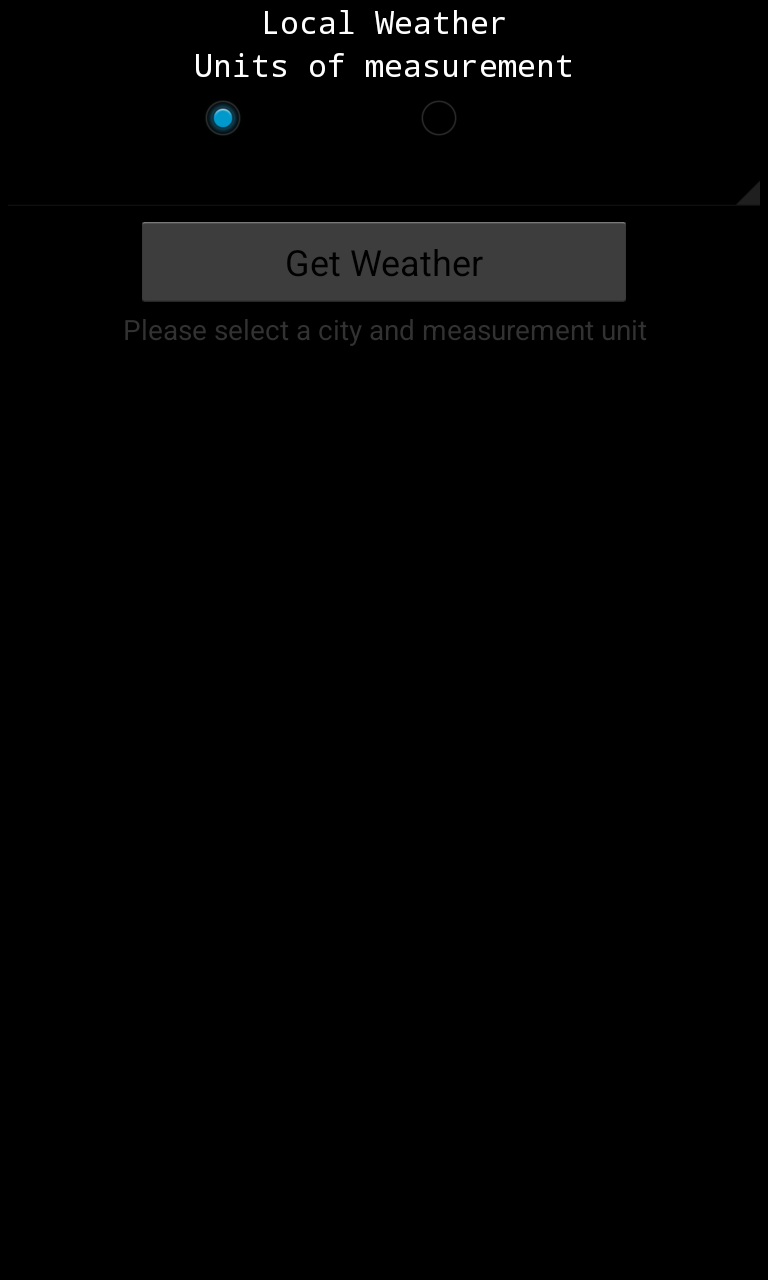
Repository: efreestone/Java1
Layout: Java1Project4/res/layout/activity_main.xml
These files come from the project's save history. The layout is drawn as it stood at one moment and after the next save; the edit follows.
It is drawn on a 768 x 1280 px phone screen (xhdpi) without system bars, with theme AppTheme; the app's code is not run.

Above is the layout before, as saved 2014-03-26 03:54:23.

### Java1Project4/res/layout/activity_main.xml
<?xml version="1.0" encoding="utf-8"?>
<LinearLayout xmlns:android="http://schemas.android.com/apk/res/android"
    android:id="@+id/parentView"
    android:layout_width="match_parent"
    android:layout_height="match_parent"
    android:orientation="vertical"
    style="@style/backgroundStyle">

    <!-- Top Linear Layout with controls -->
    <!-- <LinearLayout
        android:layout_width="match_parent"
        android:layout_height="wrap_content"
        android:orientation="horizontal"> -->

        <!-- Title -->
        <TextView
            android:layout_width="match_parent"
            android:layout_height="wrap_content"
            android:gravity="center"
            android:text="@string/titleString"
            style="@style/labelStyle"/>

        <!-- City Spinner -->
        <Spinner
            android:id="@+id/citySpinner"
            android:layout_width="match_parent"
            android:layout_height="wrap_content"
            style="@style/spinnerBackground"/>

        <!-- Measurement Title -->
        <TextView
            android:layout_width="match_parent"
            android:layout_height="wrap_content"
            android:gravity="center"
            android:text="@string/measureTitleString"
            style="@style/labelStyle"/>

        <!-- Measurement Radio Buttons -->
        <RadioGroup
            android:id="@+id/tempUnitRadioGroup"
            android:layout_width="wrap_content"
            android:layout_height="wrap_content"
            android:layout_gravity="center"
            android:orientation="horizontal" >

            <RadioButton
                android:id="@+id/fahrenheitRadio"
                android:layout_width="match_parent"
                android:layout_height="wrap_content"
                android:text="@string/fahrenheitString"
                android:checked="true"/>

            <RadioButton
                android:id="@+id/celsiusRadio"
                android:layout_width="match_parent"
                android:layout_height="wrap_content"
                android:text="@string/celsiusString"/>
        </RadioGroup>

        <!-- Current Spinner -->
        <Spinner
            android:id="@+id/currentSpinner"
            android:layout_width="match_parent"
            android:layout_height="wrap_content"
            android:dropDownVerticalOffset="-45dp"
            android:popupBackground="@android:color/darker_gray"/>

        <!-- Get Weather Button -->
        <Button
            android:id="@+id/weatherButton"
            android:layout_width="wrap_content"
            android:layout_height="wrap_content"
            android:layout_gravity="center"
            android:width="250dp"
            android:text="@string/weatherButtonString"/>

	<!-- </LinearLayout> -->

	<!-- Bottom Gridlayout for temp display -->
	<GridLayout
	    android:id="@+id/tempGrid"
	    android:layout_width="match_parent"
	    android:layout_height="wrap_content"
	    android:columnCount="2">

        <!-- Display Temp -->
        <TextView
            android:id="@+id/displayTempView"
            android:layout_width="match_parent"
            android:layout_height="wrap_content"
            android:gravity="center"
            android:text="@string/displayTempString"/>

       <TextView
           android:id="@+id/dayOne"
           android:layout_width="match_parent"
           android:layout_height="wrap_content"/>

       <TextView
           android:id="@+id/tempOne"
           android:layout_width="match_parent"
           android:layout_height="wrap_content"/>

	</GridLayout>

</LinearLayout>

### Java1Project4/res/values-v14/styles.xml
<resources xmlns:android="http://schemas.android.com/apk/res/android">

    <!--
        Base application theme for API 14+. This theme completely replaces
        AppBaseTheme from BOTH res/values/styles.xml and
        res/values-v11/styles.xml on API 14+ devices.
    -->
    <style name="AppBaseTheme" parent="android:Theme.Holo.Light.DarkActionBar"/>

        <!-- Labels -->
        <style name="labelStyle">
            <item name="android:textStyle">normal</item>
            <item name="android:textColor">#ffffff</item>
            <item name="android:textSize">16sp</item>
            <item name="android:typeface">monospace</item>
        </style>

        <style name="backgroundStyle">
            <item name="android:background">@android:color/background_dark</item>
        </style>

        <style name="spinnerBackground">
            <item name="android:background">@android:color/background_light</item>
        </style>


</resources>

### Java1Project4/res/values/strings.xml
<?xml version="1.0" encoding="utf-8"?>
<resources>

    <string name="app_name">Java1Project4</string>
    <string name="action_settings">Settings</string>
    <string name="hello_world">Hello world!</string>

    <!-- Title and button strings -->
    <string name="titleString">Local Weather</string>
    <string name="measureTitleString">Units of measurement</string>
    <string name="weatherButtonString">Get Weather</string>
    <string name="displayTempString">Please select a city and measurement unit</string>

    <!-- Connection Alert strings -->
    <string name="noConnectionTitle">Connection Error</string>
    <string name="noConnectionAlert">This application requires internet access. Please check your network connection and try again.</string>

    <!-- Main URL strings -->
    <string name="mainURLString">http://api.wunderground.com/api/8204b5c9bf753afb/</string>
    <string name="conditionsURLString">conditions/q/</string>
    <string name="forecastURLString">forecast/q/</string>
    <!-- City URL strings -->
    <string name="lovelandString">CO/Loveland.json</string>
    <string name="losAngelesString">CA/Los_Angeles.json</string>
    <string name="newYorkString">NY/New_York.json</string>
    <string name="chicagoString">IL/Chicago.json</string>
    <string name="orlandoString">FL/Orlando.json</string>

    <!-- Radio Button Text -->
    <string name="fahrenheitString">Fahrenheit</string>
    <string name="celsiusString">Celsius</string>

    <!-- Cities array for first spinner -->
    <string-array name="cities_array">
        <item >Loveland</item>
        <item >Los Angeles</item>
        <item >New York</item>
        <item >Chicago</item>
        <item >Orlando</item>
    </string-array>

    <!-- Array for second spinner -->
    <string-array name="current_forecast">
        <item >Current Weather</item>
        <item >3-day Forecast</item>
    </string-array>

    <!-- Weather Icon -->
    <string name="weatherIconAccString">Weather Icon</string>
    <string name="weatherIconURL"></string>
    <string name="weatherProvidedBy">Weather Provided By:</string>

</resources>

Loaded but not shown: Java1Project4/res/values/styles.xml (common file); Java1Project4/res/values-v11/styles.xml (common file)

After the next save:
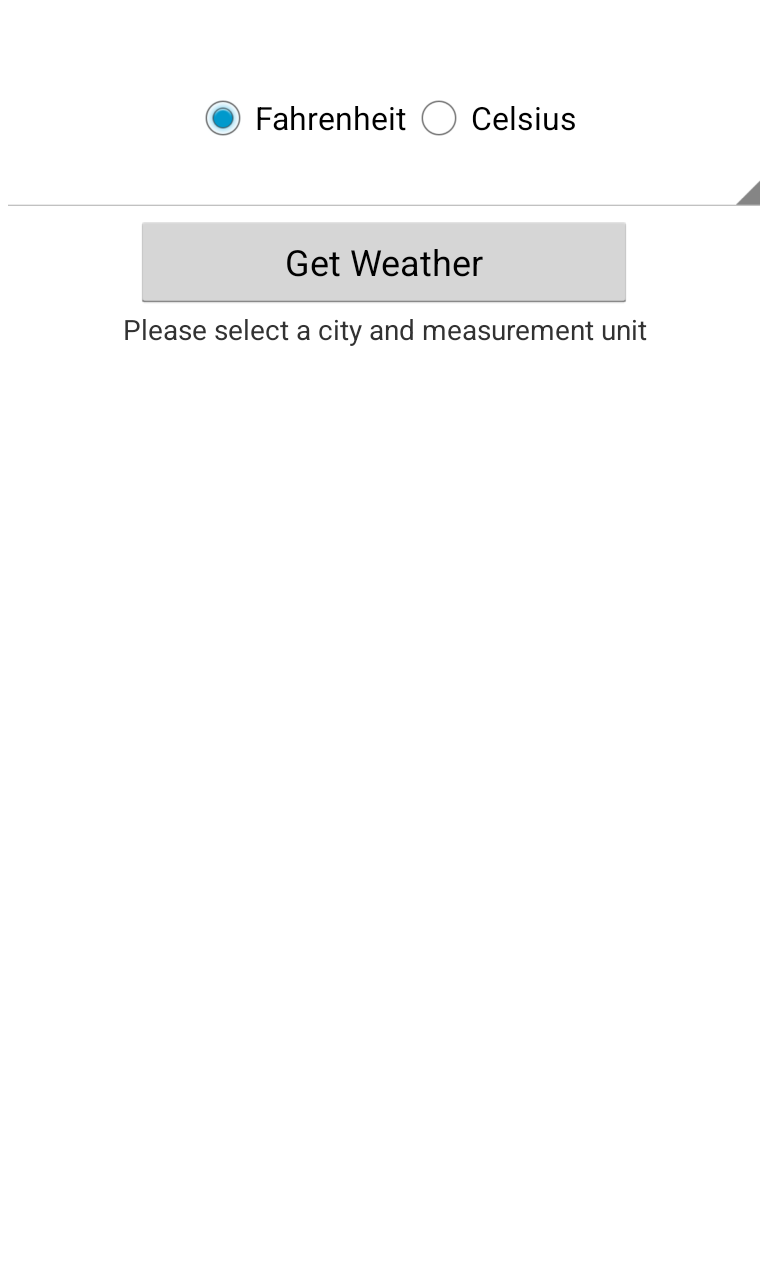
Saved 55 s later.
--- a/Java1Project4/res/values-v14/styles.xml
+++ b/Java1Project4/res/values-v14/styles.xml
@@ -16,11 +16,11 @@
         </style>
 
         <style name="backgroundStyle">
-            <item name="android:background">@android:color/background_dark</item>
+            <item name="android:background">@android:color/background_light</item>
         </style>
 
         <style name="spinnerBackground">
-            <item name="android:background">@android:color/background_light</item>
+            <item name="android:background">@android:color/background_dark</item>
         </style>
 
 
